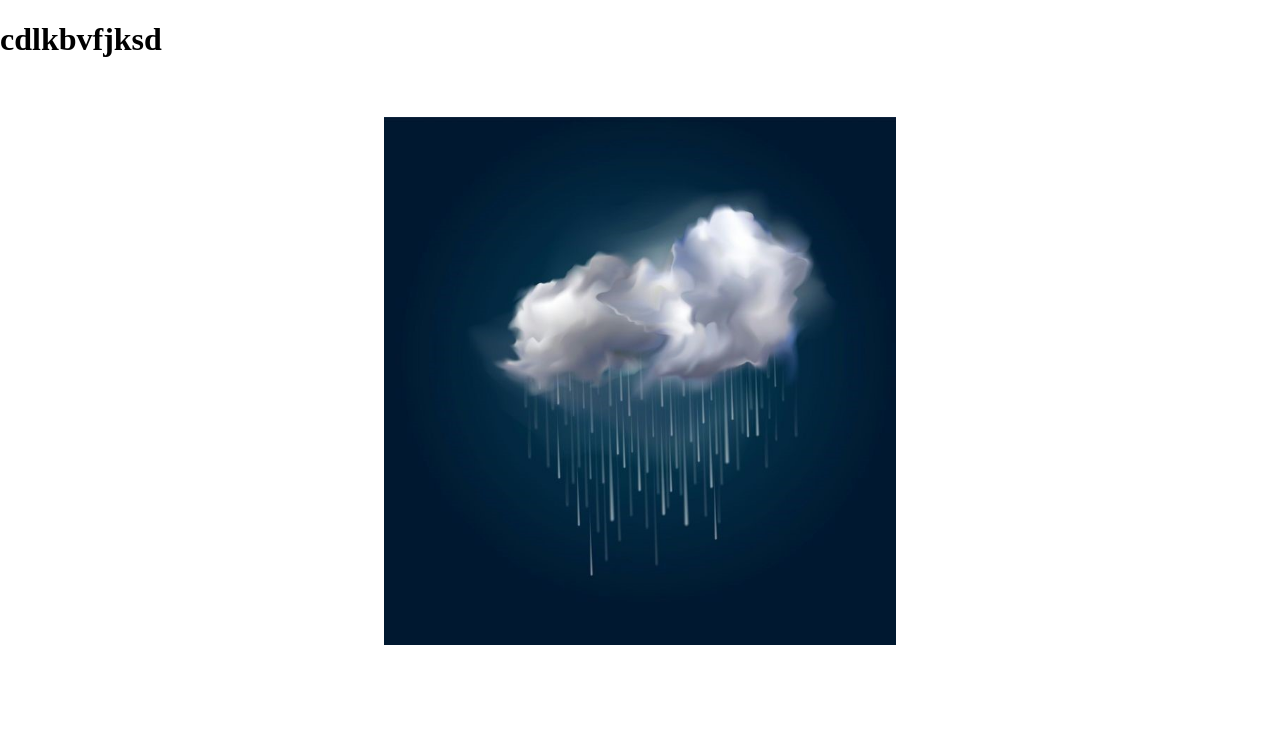
Repository: fateme81yosefi/weather
Page: landing/Landing.html
The author's editor kept a copy of each file at every save. The page is drawn from the files as they stood at one save, then again after a run of saves.
The browser window is 1280 px wide. The pictures show the whole page.

Above is the page before, as saved 2025-02-02 16:34:58.

After the next 2 saves:
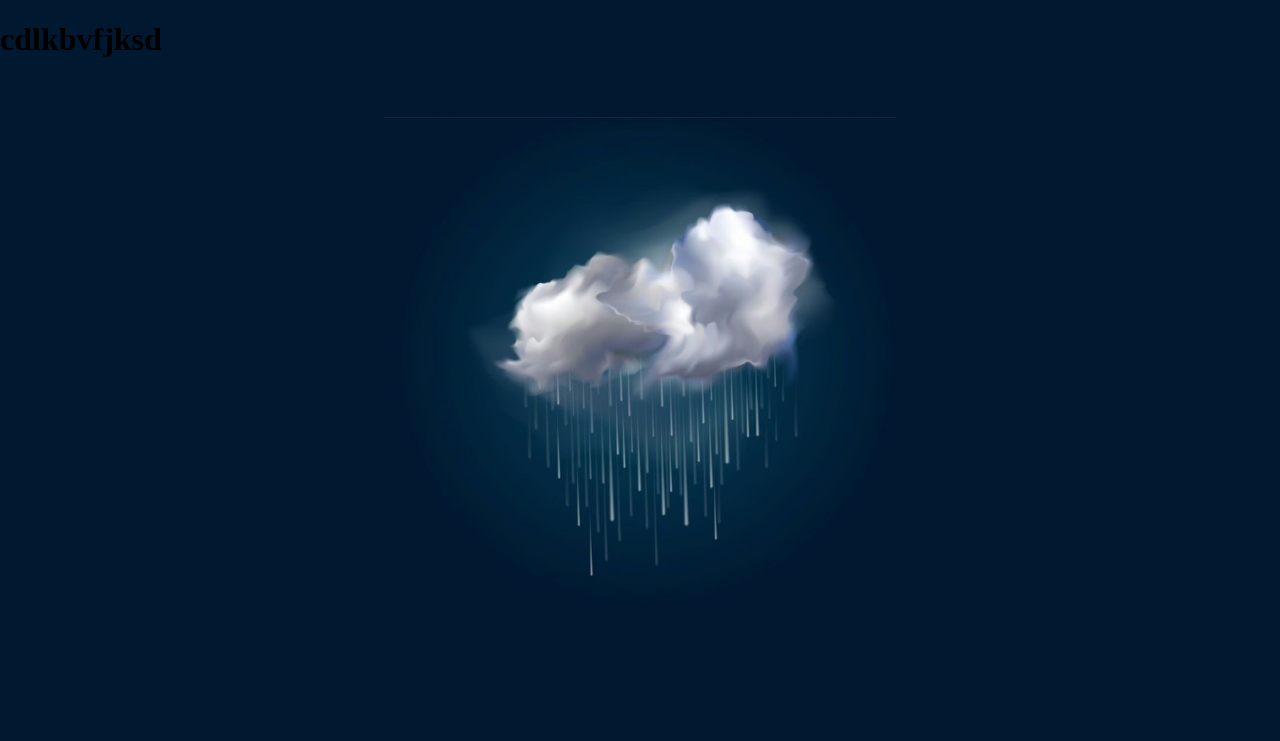
The 2 saves are shown as one change because they came seconds apart.
The last was saved 17 s later.
--- a/landing/style/landing.css
+++ b/landing/style/landing.css
@@ -2,7 +2,7 @@ body {
   margin: 0 !important;
   padding: 0;
   overflow: hidden;
-  background-image: #001830 ;
+  background-color: #001830 ;
 }
 .container-landing {
   background-image:url("../images/bg.jpg");
